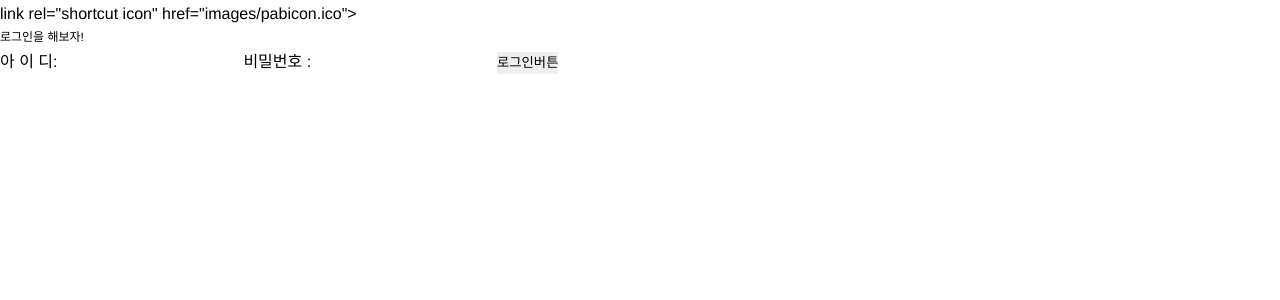
Repository: sejun98/sosobordgameJSP
Page: http://localhost/singup/login_form.jsp
The author's editor kept a copy of each file at every save. The page is drawn from the files as they stood at one save, then again after the next save.
The browser window is 1280 px wide. The pictures show the whole page.
Some web fonts or font styles are not loaded; a fallback is used. The page is served by Tomcat 9.

Above is the page before, as saved 2022-10-07 06:47:54.

### singup/src/main/webapp/login_form.jsp
<%@ page language="java" contentType="text/html; charset=UTF-8"
    pageEncoding="UTF-8"%>
<%@ page import="java.sql.*" %>
<%@ page import="java.text.*" %>
<%@ page import="java.util.*, java.lang.*"  %>
<!DOCTYPE html>
<html>
<head>
<meta charset="UTF-8">
<title>로그인 폼</title>
link rel="shortcut icon" href="images/pabicon.ico">
	<link rel="stylesheet" href="css/style.css">
	<link rel="stylesheet" href="css/reset.css">
	<link href="https://fonts.googleapis.com/css?family=Nanum+Gothic" rel="stylesheet">
	 <link rel="stylesheet" type="text/css" href="css/slick.css">
  <link rel="stylesheet" type="text/css" href="css/slick-theme.css">
  <link href="https://fonts.googleapis.com/css?family=Poor+Story" rel="stylesheet">


</head>
<body>
<h1>로그인을 해보자!</h1>
<%
	String name = (String)session.getAttribute("name");
	if(name == null) {
%>
	<form action="<%= request.getContextPath() %>/login_pro.jsp" method="post">
		아 이 디: <input type="text" name="id">
		비밀번호 : <input type="password" name="pw">
		<input type="submit" value="로그인버튼">
	</form>
<%
	} else {
			%>
		<%= name %>님 로그인 중
		<a href="<% request.getContextPath(); %> logout.jsp">로그아웃</a>
		<%
	}
%>
</body>
</html>

### singup/src/main/webapp/css/style.css
@charset "UTF-8";

header {
	width: 100%;
}

#header_top {
	float: right;
}
#header_top ul li {
	float: left;
	padding: 13px;
	padding-left: 0;
	line-height: 1;
}
#header_top ul li:nth-child(1) a{
	border-right: solid 1px;
	border-color: #E0E0E0;
	margin: 0px;
}
#header_top ul li:nth-child(2) a{
	margin-right: 0;
	border-right: solid 1px;
	border-color: #E0E0E0;
	margin: 0px;
}

#header_top ul li a {
	display: block;
	margin-right: 65px;
	padding-right: 10px;
}
header #logo {
	clear: both;
	text-align: center;
	margin-bottom: 20px;
}
.header_menu {
	width:100%;
	height: 60px;
	border-top: solid 2px;
}
.header_menu ul li {
	float: left;
	margin-left: 13%;
}
.header_menu ul li a {
	display: block;
	padding: 12px 0px 10px 0px;
	font-size: 20px;
	font-family: 'Nanum Gothic', sans-serif;
}
.header_menu ul li .bold:hover {
	font-weight:bold;
}
.header_menu ul li:nth-child(5) {
	float: left;
}
.header_menu_bar{
	width: 75%;
	margin: 0 auto;

}
/*header end //----------------------------*/
/*menu*/
#menu { width: 100%;}
#top {
	background-image: url(../images/top1_03.png);
	width: 107px;height: 133px;
	position: fixed;
	right: 2%; bottom: 50px;
	z-index: 999;
}
#menu #menu_img {
	margin: 0 auto;
	background-image: url(../images/design_in2dex_02_02.jpg);
	background-repeat: no-repeat;
	width: 100%; height: 509px;
	color: white;
}
.menu_box_txt {
	width: 17%;height: 509px;
	float: right;
	margin-right: 12%;
	background-color: #6b6b6b;
	position: relative;
}
.big_img_icon1 {
 background-image: url(../images/design_inde2_03.jpg);
 width: 49px;height: 41px;
 position: absolute;
	left: 38px;top: 55px;
}
.menu_img_txt {
	position: absolute;
	top: 58px; left: 120px;
	font-size: 24px;
	font-weight: 600;
}
.menu_img_txt a {
	color: white;
}
.big_img_icon2 {
	background-image: url(../images/design_inde2_06.jpg);
	position: absolute;
	top: 164px;left: 42px;
	width: 50px;height: 46px;
}
.t2 {
	position: absolute;
	top: 170px; left: 145px;
}
.big_img_icon3 {
	background-image: url(../images/design_inde2_10.jpg);
	position: absolute;
	left: 38px;top: 263px;
	width: 55px;height: 55px;
}
.t3 {
	position: absolute;
	top: 270px; left: 130px;
}
.t4 {
	position: absolute;
	top: 400px;	left: 50px;
	padding: 15px 25px 15px 25px;
	border:  2px solid white;
	border-radius: 20px;
	color: white;
}
#menu .container {
	width: 1200px;
	margin: 0 auto;
}
.img_go {
	width: 100%;
	height: 300px;
	margin: 0 auto;
}
.img_go1 {
	width: 580px; height: 185px;
	background-color: #DDDDDD;
	float: left;
	margin-right: 19px;
	margin-top: 30px;
	text-align: center;
}
.img_go1_blg {
	width: 353px; height: 185px;
	background-color: #DCDCDC;
	position: relative;
	float: left;
}

.img_go1_h3 {
	padding-top: 20px;
	font-size: 28px;
	color: #404040;
}
.h33 {
	position: relative;
	bottom:15px;
	padding: 0;
}
.img_go1:nth-child(2) h3{
	margin-bottom: 10px;
}
.img_go_box {
	padding: 10px 25px 10px 25px;
	border:  2px solid #404040;
	border-radius: 20px;
	width: 150px;
	font-size: 26px;
	position: absolute;
	bottom: 10px;right: 70px;
}
.img_go2 {
	width: 579px; height: 185px;
	background-color: #747474;
	float: right;
	margin-left: 19px;
	margin-top: 30px;
	text-align: center;
}
.img_go_img {
	width: 226px; height: 185px;
	background-image: url(../images/design_index_09.jpg);
	float: left;
}

.b2 {
	background-color: #7C7C7C;
}
.b2 .img_go1_h4 {
	padding-top: 20px;
	font-size: 28px;
	color: white;
}
.img_go1_h44 {
	position: relative;
	bottom:15px;
	font-size: 28px;
	color: white;
}
.img_go_box2 {
	padding: 6px 12px 6px 12px;
	border:  2px solid #fff;
	border-radius: 20px;
	width: 150px;
	font-size: 22px;
	margin-left: 26%;
	color: white;
}
.img_go_img2 {
	width: 226px; height: 185px;
	background-image: url(../images/design_index_11.jpg);
	float: left;
}
/*img_go !------------------*/
.kr_txt_m {
	margin-left: 50%;
	transform: translateX( -50%);
	width: 440px;height: 105px;
	position: relative;
}
#kr {
	width: 100%;height: 665px;
}
.kr_txt {
	font-size: 36px;
	color: #404040;
	line-height: 40px;
}
.kr_txt2 {
	font-size: 47px;
	position: absolute;
	bottom: 0;
	color: #404040;
}
.kr_box1 {
	width: 482px; height: 261px;
	background-color: #d7e093;
	float: left;
	font-size: 28px;
	position: relative;
	text-align: center;
}
.kr_box1_b {
	margin-top: 30px;
	width: 257px; height: 90px;
	float: left;
	position: relative;
}

.kr_box1 a p{
	position: absolute;
	bottom: 10px; left: 75px;
}
.kr_box1 a{
	color: #2C2C2C;
}
.kr_box2 a{
	color: #2C2C2C;
}
.kr_box3 a{
	color: #2C2C2C;
}
.kr_box1_img {
	background-image: url(../images/design_index_16.jpg);
	width: 155px; height: 220px;
	margin: 20px 35px 20px 35px;
	float: right;
}
.kr_box1 p{
line-height: 1;
}
.bang {
	font-size: 62px;
	font-weight: bold;
}
.kr_box2 {
	width: 718px;height: 522px;
	background-color:#dc8c90;
	float: right;
	font-size: 28px;
}
.kr_box2_b {
	margin-top: 60px;
	width: 206px; height: 400px;
	text-align: center;
	position: relative;
	padding-right: 20px;
	border-right:solid 1px black;
	float: left;
}
.kr_box2 p{

	position: absolute;
	top: 32px;left: 24px;
}
.jenga {
	margin-top: 130px;
	position: relative;
	/* bottom: 410px;  */
	left: 40px;
	float: left;
	font-size: 63px;
}
.kr_box2_img {
	background-image: url(../images/design_genga.png);
	background-size:contain;
	float: right;
	margin-top: 150px; margin-right: 30px;
	width: 350px; height: 350px;
}
.kr_box3 {
	width: 482px; height: 261px;
	background-color:  #c0cbef;
	float: left;
	font-size: 28px;
	text-align: center;
}
.kr_box3_b {
	margin-top: 30px;
	width: 257px; height: 90px;
	float: left;
	position: relative;
	float: left;
}
.kr_box3_b p {
	line-height: 1;
}
.kr_box3 a p {
	position: absolute;
	bottom: 10px; left: 75px;
}
.kr_box3_img {
	background-image: url(../images/design_index_23.jpg);
	width: 166px; height: 224px;
	margin: 18px 23px 18px 35px;
	float: right;
}
.rume {
	font-size: 41px;
	font-weight: bold;
	width: 257px; height: 80px;
	margin-top: 30px;
	float: left;
}
/**kr emd-----------------------------**/
#md_bar {
	background-image: url(../images/img/design_index_16_27_02.jpg);
	background-repeat: no-repeat;
	background-size: 100%;
	width: 100%; height: 356px;
	color: #e9e9e9;
	position: relative;
	margin-bottom: 60px;
}
.md_bar_txt {
	padding-top: 114px;
	text-align: center;
	font-size: 44px;
}
.soso {
	font-size: 25px;
	position: relative;
}
.soso_title_wja {
	background-image: url(../images/design_inde12321321x_03.jpg);
	width: 4px;height: 4px;
	position: absolute;
	top: -8px;right: 17px;
}
.soso_title_wja2 {
	background-image: url(../images/design_inde12321321x_03.jpg);
	width: 4px;height: 4px;
	position: absolute;
	top: -8px;right: 40px;
}
.md_bar_txt2 {
	text-align: center;
	font-size: 57px;
	margin-top: -30px;
}
/**md bar end-------**/
.off_box {
	width: 1200px; height: 780px;
}
.off_box ul li {
		color:#e9e9e9;
		font-size: 30px;
}
.off_box ul li:nth-child(1) div{
	font-size: 50px;
}
.off_box1 {
	background-image: url(../images/img/design_index_16_30.jpg);
	width: 700px; height: 415px;
	float: left;
	margin-right: 10px;
	margin-top: 1px;
	position: relative;
}
.off_box1 div {
	position: absolute;
	top: 20px;left: 40px;
}
.off_box2 {
	background-image: url(../images/img/design_index_16_33.jpg);
	width: 490px;height: 289px;
	float: right;
	margin-top: 117px;
	margin-bottom: 10px;
	position: relative;
}
.off_box2 div {
	position: absolute;
	top: 15px;left: 27px;
}
.off_box3 {
	background-image: url(../images/img/design_index_16_38.jpg);
	width: 221px;height: 260px;
	float: left;/**Pizza**/
	margin-top: 20px;
	position: relative;
}
.off_box3 div {
	position: absolute;
	top: 15px;left: 27px;
}
.off_box4 {
	background-image: url(../images/img/design_index_16_40.jpg);
	width: 442px;height: 260px;
	float: left;
	margin-top: 20px;
	margin-left: 18px;
	position: relative;
}
.off_box4 div {
	position: absolute;
	top: 15px;left: 27px;
}
.off_box5 {
	background-image: url(../images/img/design_index_16_37.jpg);
	width: 500px;height: 280px;
	float: right;
	position: relative;
}
.off_box5 div {
	position: absolute;
	top: 15px;left: 27px;
}
/**/
.newbord_title {
	font-size: 48px;
	text-align: center;
	position: relative;
}
.newbord_title_wja{
	background-image: url(../images/img/design_index_03.jpg);
	width: 4px;height: 4px;
	background-repeat: no-repeat;
	position: absolute;
	top: 18px;left:481px;
}
.newbord_title_wja2{
	background-image: url(../images/img/design_index_03.jpg);
	width: 4px;height: 4px;
	background-repeat: no-repeat;
	position: absolute;
	top: 18px;left:517px;
}
.newbord_title2 {
	font-size: 32px;
}
.newbord {
	width: 100%; height: 660px;
	background-color: #e1e1e1;
	float: left;
}
.newbord_intitle {
	font-size: 30px;
	text-align: center;
	margin-top: 15px;
}
.newbord_intitle p {
	margin-top: -15px;
	margin-bottom: 50px;
}
/*boxboxboxbox*/
.newebord_box1 {
	width: 206px; height: 327px;
	background-color: white;
	margin-left: 10.4%;
	float: left;
}
.newebord_box1:nth-child(1) {
	margin-left: 0%;
}
.newebord_box1:nth-child(4) {
	float: right;
}
.newbord_box_m {
	width: 1200px; height: 400px;
	margin: 0 auto;
}
.newbord_box1_txt {
	margin-top: 5px;
	margin-bottom: 30px;
	font-size: 17px;
	text-align: center;
	font-weight: 500;
}
.newbord_box1_img2 {
	background-image: url(../images/img/design_index_16_60.jpg);
	width: 49px; height: 45px;
	margin-left: 30px;
	float: left;
	margin-right: 20px;
}
.newbord_box1_p {
	font-size: 16px;
	margin-top: -3px;
	font-weight: bold;
}
.p2 {
	font-size: 13px;
	color: #8d8d8d;
	margin-top: 0;
	text-decoration: line-through;
}
.newbord ul li:nth-child(2) img{
	margin-left: 30px;
}
.newbord_box1_txt p{
	margin-top: -7px;
}
.regular_box_kr{
	width: 220px;
	height: 380px;
	background-color: white;
}
.boxtxt2 {
	margin-bottom: 10px;
}
.newbord ul li:nth-child(2) .newbord_box1_txt {
	margin-bottom: 5px;
}
/*newbord end----------------------------------*/

.down_box {
	width: 100%;
	height: 296px;
	background-color: #CDFFC3;
	float: left;
}
.down_box_img {
	background-image: url(../images/User_dow.jpg);
	background-repeat: no-repeat;
	width: 50%;height: 300px;
	float: left;
}
.down_box_txt {
	color: white;
	font-size: 35px;
	text-align: center;
	margin-top: 60px;
	position: relative;
}
.down_soso {
	font-size: 20px;
}
.down_soso span:before {
	content: "•";
	color: #dc3434;
	font-size: 1em;
	position: relative;
	left: 19px;
	top: -20px;
}
.down_sosos{
	font-size: 20px;
}
.down_sosos span:before {
	content: "•";
	color: #f7f549;
	font-size: 1em;
	position: relative;
	left: 19px;
	top: -20px;
}
.down_soso_img {
	background-image: url(../images/design_inde22x_08.jpg);
	width: 4px;height: 4px;
	position: absolute;
	left: 313px; top: 15px;
}
.down_soso_img2 {
	background-image: url(../images/design_inde22x_08.jpg);
	width: 4px;height: 4px;
	position: absolute;
	left: 333px; top: 15px;
}
.down_box_txt p {
	margin-top: -25px;
	font-size: 45px;
}
.down_box_txt .pp2{
	line-height: 46px;
	font-size: 20px;
}
.search {
	width: 421px;
	position: relative;
	margin-left: 50%;
	transform: translateX(-50%);
}
.inputbox {
	float: left;
	font-size: 18px;
	color: #ebebeb;
	padding-left: 10px;
	background-color: rgba(255,255,255,0);
	border: solid 5px #ebebeb;
	width: 421px; height: 46px;
	margin-top: 10px;


}
.search .inputbox_button{
	position: absolute;
	top: 20px;right: -13px;
	background-color: transparent;
}



.down_title {
	margin-top: 20px;
	width: 200px; height: 50px;
	background-color: #fff;
	border-radius: 50px;
	margin-left: 50%;
	transform: translateX(-50%);
	color: #000;
	font-size: 20px;
	font-weight: bold;
	line-height: 50px;

}
.down_title:hover {
	background-color: #646464;
	color: #F0F0F0
}
/*footer start*/
.footer_box {
	width: 100%; height: 218px;
	background-color: #262626;
	clear: both;
	color: #bfbfbf;
}
.footer_title {
	padding-top: 10px;
	font-size: 35px;
	text-align: center;
	margin-top: 60px;
	position: relative;
}
.footer_title span {
	font-size: 20px;
}
.footer_txt {
	font-size: 14px;
	text-align: center;
	line-height: 25px;
}
.footer_title_wja {
	background-image: url(../images/design_indexdd_03.jpg);
	width: 4px;height: 4px;
	background-repeat: no-repeat;
	float: left;
	position: absolute;
	top: -8px;right: 13px;
}
.footer_title_wja2 {
	background-image: url(../images/design_indexdd_03.jpg);
	width: 4px;height: 4px;
	background-repeat: no-repeat;
	float: left;
	position: absolute;
	top: -8px;right: 32px;
}

#susu {
	position: relative;
}

#rjatk {
	float: left;
}

/*Slick*/
 .slider {
        width: 50%;
        margin: 0 auto;
    }

    .slick-slide {
      margin: 0px 20px;
    }

    .slick-slide img {
      width: 90%;
      margin: 0 auto;
      padding-top: 5%;
    }

    .slick-prev:before,
    .slick-next:before {
      color: black;
    }


    .slick-slide {
      transition: all ease-in-out .3s;
      opacity: 1;
    }

    .slick-active {
      opacity: 1;
    }

    .slick-current {
      opacity: 1;
    }
    /*slick*/

### singup/src/main/webapp/css/reset.css
*{
 margin:0;
 padding:0;
 border:none;
 	list-style:none;
	text-decoration: none;
	font-family: 'Nanum Gothic', sans-serif;
	font-family: noto,notojp,notokr,Helvetica
	,Microsoft YaHei,Apple SD Gothic Neo,Malgun Gothic,
	"\B9D1\C740 \ACE0\B515",Dotum,\\B3CB\C6C0,sans-serif;
}

/*여백초기화*/
body, div, dl, dd, dt, ul, li, ol, h1, h2, h3, h4, h5, h6, form, legend, textarea, select, fieldset, p, button {margin: 0; padding: 0;}

/*링크 초기화 */
a { color: #273743; text-decoration: none; }
a:hover { color: #000000; }

/*폰트초기화 */
body, input, textarea, select, button, table {line-height: 1.7} /*나눔고딕은 크로스브라우져에 가장 적합 */

/*h태그 초기화 */
h1, h2, h3, h4, h5, h6 { font-size: 12px; font-weight: normal; }

/*목록태그 초기화*/
li, ol, ul {list-style: none;}

/*ir*/

.ir { width: 0; height: 0; font-size: 0; line-height: 0; overflow: hidden; position: absolute; left: 0; top: 0; }
.cursor {
	cursor:pointer;
}
.down_title:hover {
	background-color: #646464;
	color: #F0F0F0
}

### singup/src/main/webapp/css/slick.css
/* Slider */
.slick-slider
{
    position: relative;

    display: block;
    box-sizing: border-box;
}

.slick-list
{
    position: relative;

    display: block;
    overflow: hidden;

    margin: 0;
    padding: 0;
}
.slick-list:focus
{
    outline: none;
}
.slick-list.dragging
{
    cursor: pointer;
}

.slick-slider .slick-track,
.slick-slider .slick-list
{

}

.slick-track
{
    position: relative;
    top: 0;
    left: 0;

    display: block;
    margin-left: auto;
    margin-right: auto;
}
.slick-track:before,
.slick-track:after
{
    display: table;

    content: '';
}
.slick-track:after
{
    clear: both;
}
.slick-loading .slick-track
{
    visibility: hidden;
}

.slick-slide
{
    display: none;
    float: left;

    height: 100%;
    min-height: 1px;
}
[dir='rtl'] .slick-slide
{
    float: right;
}
.slick-slide img
{
    display: block;
}
.slick-slide.slick-loading img
{
    display: none;
}
.slick-initialized .slick-slide
{
    display: block;
}
.slick-loading .slick-slide
{
    visibility: hidden;
}
.slick-vertical .slick-slide
{
    display: block;

    height: auto;

    border: 1px solid transparent;
}
.slick-arrow.slick-hidden {
    display: none;
}

### singup/src/main/webapp/css/slick-theme.css
/* Slider */
.slick-loading .slick-list
{
    background: #fff url('./ajax-loader.gif') center center no-repeat;
}

/* Icons */
@font-face
{
    font-family: 'slick';
    font-weight: normal;
    font-style: normal;

    src: url('./fonts/slick.eot');
    src: url('./fonts/slick.eot?#iefix') format('embedded-opentype'), url('./fonts/slick.woff') format('woff'), url('./fonts/slick.ttf') format('truetype'), url('./fonts/slick.svg#slick') format('svg');
}
/* Arrows */
.slick-prev,
.slick-next
{
    font-size: 0;
    line-height: 0;

    position: absolute;
    top: 50%;

    display: block;

    width: 20px;
    height: 20px;
    padding: 0;

    transform: translate(0, -50%);

    cursor: pointer;

    color: transparent;
    border: none;
    outline: none;
    background: transparent;
}
.slick-prev:hover,
.slick-prev:focus,
.slick-next:hover,
.slick-next:focus
{
    color: transparent;
    outline: none;
    background: transparent;
}
.slick-prev:hover:before,
.slick-prev:focus:before,
.slick-next:hover:before,
.slick-next:focus:before
{
    opacity: 1;
}
.slick-prev.slick-disabled:before,
.slick-next.slick-disabled:before
{
    opacity: .25;
}

.slick-prev:before,
.slick-next:before
{
    font-family: 'slick';
    font-size: 40px;
    line-height: 1;

    opacity: .75;
    color: white;


}

.slick-prev
{
    left: -25px;
}
[dir='rtl'] .slick-prev
{
    right: -25px;
    left: auto;
}
.slick-prev:before
{
    content: '←';
}
[dir='rtl'] .slick-prev:before
{
    content: '→';
}

.slick-next
{
    right: -25px;
}
[dir='rtl'] .slick-next
{
    right: auto;
    left: -25px;
}
.slick-next:before
{
    content: '→';
}
[dir='rtl'] .slick-next:before
{
    content: '←';
}

/* Dots */
.slick-dotted.slick-slider
{
    margin-bottom: 30px;
}

.slick-dots
{
    position: absolute;
    bottom: -25px;

    display: block;

    width: 100%;
    padding: 0;
    margin: 0;

    list-style: none;

    text-align: center;
}
.slick-dots li
{
    position: relative;

    display: inline-block;

    width: 20px;
    height: 20px;
    margin: 0 5px;
    padding: 0;

    cursor: pointer;
}
.slick-dots li button
{
    font-size: 0;
    line-height: 0;

    display: block;

    width: 20px;
    height: 20px;
    padding: 5px;

    cursor: pointer;

    color: transparent;
    border: 0;
    outline: none;
    background: transparent;
}
.slick-dots li button:hover,
.slick-dots li button:focus
{
    outline: none;
}
.slick-dots li button:hover:before,
.slick-dots li button:focus:before
{
    opacity: 1;
}
.slick-dots li button:before
{
    font-family: 'slick';
    font-size: 6px;
    line-height: 20px;

    position: absolute;
    top: 0;
    left: 0;

    width: 20px;
    height: 20px;

    content: '•';
    text-align: center;

    opacity: .25;
    color: black;

}
.slick-dots li.slick-active button:before
{
    opacity: .75;
    color: black;
}

After the next save:
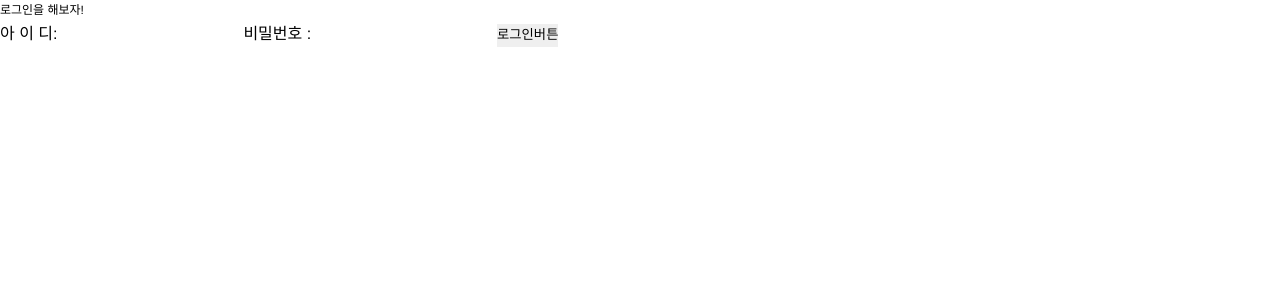
Saved 10 s later.
--- a/singup/src/main/webapp/login_form.jsp
+++ b/singup/src/main/webapp/login_form.jsp
@@ -8,9 +8,9 @@
 <head>
 <meta charset="UTF-8">
 <title>로그인 폼</title>
-link rel="shortcut icon" href="images/pabicon.ico">
-	<link rel="stylesheet" href="css/style.css">
-	<link rel="stylesheet" href="css/reset.css">
+<link rel="shortcut icon" href="images/pabicon.ico">
+<link rel="stylesheet" href="css/style.css">
+<link rel="stylesheet" href="css/reset.css">
 	<link href="https://fonts.googleapis.com/css?family=Nanum+Gothic" rel="stylesheet">
 	 <link rel="stylesheet" type="text/css" href="css/slick.css">
   <link rel="stylesheet" type="text/css" href="css/slick-theme.css">
